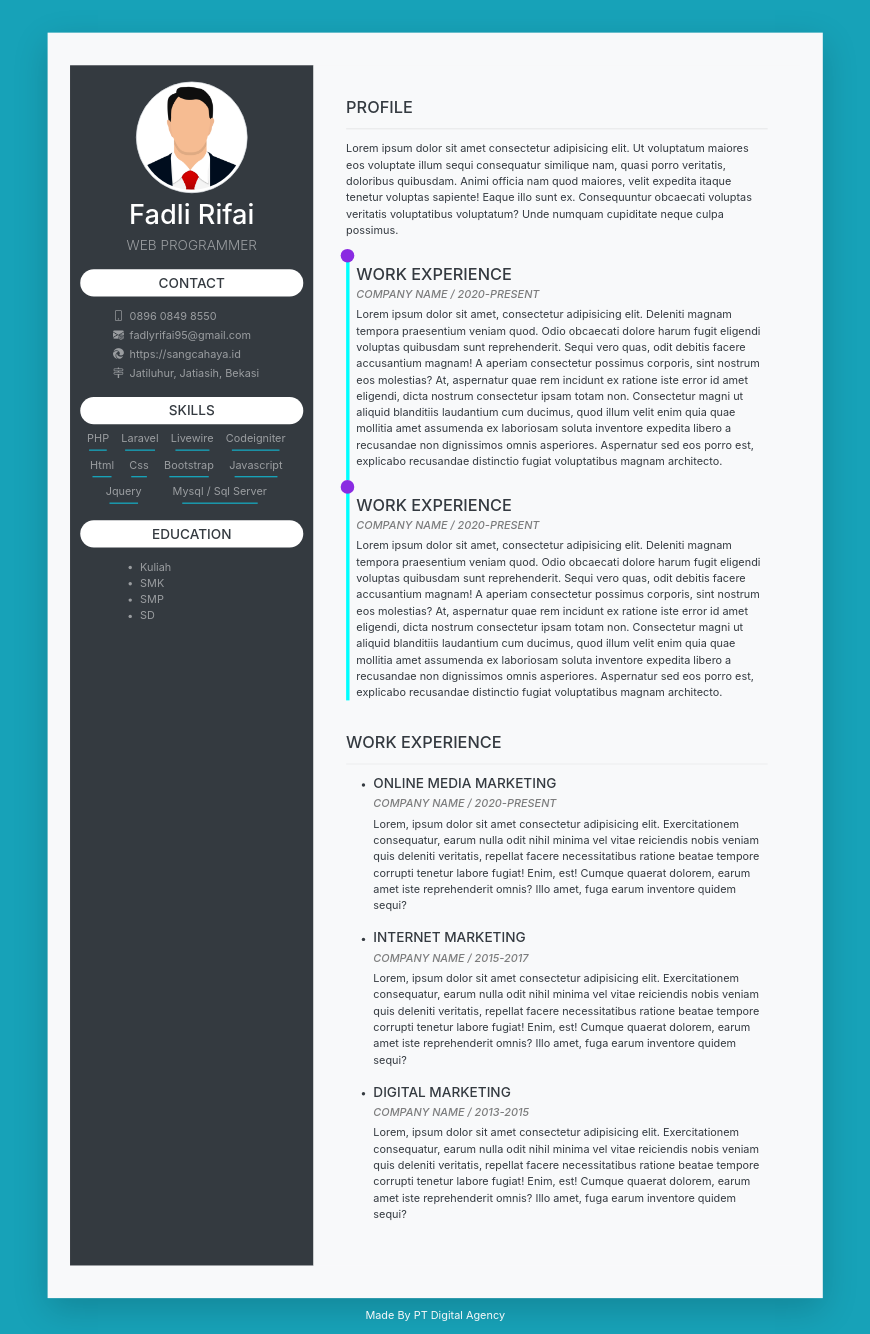
Repository: fadlyyy/fadlyyy.github.io
Page: index.html
These files come from the project's save history. The page is drawn as it stood at one moment and after the next save; the edit follows.
The browser window is 1280 px wide. The pictures show the whole page, at 68% of full size.

Above is the page before, as saved 2024-01-31 08:33:52.

### index.html
<!DOCTYPE html>
<html lang="en">

<head>
     <!-- Required meta tags -->
     <meta charset="utf-8" />
     <meta name="viewport" content="width=device-width, initial-scale=1, shrink-to-fit=no" />

     <!-- Bootstrap CSS -->
     <link rel="stylesheet" href="https://cdn.jsdelivr.net/npm/bootstrap@4.6.2/dist/css/bootstrap.min.css"
          integrity="sha384-xOolHFLEh07PJGoPkLv1IbcEPTNtaed2xpHsD9ESMhqIYd0nLMwNLD69Npy4HI+N" crossorigin="anonymous" />

     <!-- Icon -->
     <link rel="stylesheet" href="https://cdn.jsdelivr.net/npm/bootstrap-icons@1.11.3/font/bootstrap-icons.min.css" />

     <link rel="stylesheet" href="style.css" />

     <title>Hello, world!</title>
</head>

<body class="bg-info">
     <div class="container p-5 bg-light mt-5 mb-5 shadow shadow-lg">
          <div class="row">
               <div class="col-lg-4 bg-dark text-white text-center py-4">
                    <div class="header-left">
                         <img src="img/profile.png" alt="" class="img-thumbnail rounded-circle mb-2 w-50 h-50" />
                         <h1 class="display-5">Fadli Rifai</h1>
                         <h4 class="lead text-uppercase text-white-50 mb-4">Web Programmer</h4>
                    </div>

                    <!-- general info -->
                    <div class="general-info">
                         <h5 class="text-uppercase bg-white text-dark py-2 rounded-pill">contact</h5>

                         <ul class="list-unstyled text-white-50 py-2 text-left ml-5">
                              <li class="list-item mb-1">
                                   <p>
                                        <i class="bi bi-phone mr-1"></i> 0896 0849 8550
                                   </p>
                              </li>
                              <li class="list-item mb-1 text-wrap w-75">
                                   <p>
                                        <i class="bi bi-envelope-at-fill mr-1"></i> fadlyrifai95@gmail.com
                                   </p>
                              </li>
                              <li class="list-item mb-1">
                                   <p>
                                        <i class="bi bi-browser-edge mr-1"></i> https://sangcahaya.id
                                   </p>
                              </li>
                              <li class="list-item">
                                   <i class="bi bi-signpost-2 mr-1"></i>
                                   Jatiluhur, Jatiasih, Bekasi
                              </li>
                         </ul>
                    </div>

                    <!-- skills -->
                    <div>
                         <h5 class="text-uppercase bg-white text-dark py-2 rounded-pill">skills</h5>
                         <ul class="list list-unstyled text-white-50 px-2 text-left text-capitalize list-skills">
                              <li class="list-item">PHP</li>
                              <li class="list-item">laravel</li>
                              <li class="list-item">livewire</li>
                              <li class="list-item">codeigniter</li>
                              <li class="list-item">html</li>
                              <li class="list-item">css</li>
                              <li class="list-item">bootstrap</li>
                              <li class="list-item">javascript</li>
                              <li class="list-item">jquery</li>
                              <li class="list-item">mysql / sql server</li>
                         </ul>
                    </div>

                    <!-- educations -->
                    <div>
                         <h5 class="text-uppercase bg-white text-dark py-2 rounded-pill">education</h5>
                         <ul class="list text-white-50 ml-5 py-2 text-left text-capitalize">
                              <li class="list-item">Kuliah</li>
                              <li class="list-item">SMK</li>
                              <li class="list-item">SMP</li>
                              <li class="list-item">SD</li>
                         </ul>
                    </div>
               </div>

               <div class="col-lg-8 bg-light text-dark py-5 px-5 right-side">
                    <div class="header-right">
                         <h4 class="text-uppercase">Profile</h4>
                         <hr />
                         <p>
                              Lorem ipsum dolor sit amet consectetur adipisicing elit. Ut voluptatum maiores eos
                              voluptate illum sequi consequatur similique nam, quasi porro veritatis, doloribus
                              quibusdam. Animi officia nam quod maiores, velit expedita
                              itaque tenetur voluptas sapiente! Eaque illo sunt ex. Consequuntur obcaecati voluptas
                              veritatis voluptatibus voluptatum? Unde numquam cupiditate neque culpa possimus.
                         </p>
                    </div>

                    <div class="work-experience">
                         <div class="list-work pt-4 pb-3">
                              <h4 class="text-uppercase">work experience</h4>
                              <h6 class="text-uppercase text-black-50 font-italic mt-1 mb-2">company name / 2020-present</h6>
                              <p>Lorem ipsum dolor sit amet, consectetur adipisicing elit. Deleniti magnam tempora
                                   praesentium veniam quod. Odio obcaecati dolore harum fugit eligendi voluptas
                                   quibusdam sunt reprehenderit. Sequi vero quas, odit debitis facere accusantium
                                   magnam! A aperiam consectetur possimus corporis, sint nostrum eos molestias? At,
                                   aspernatur quae rem incidunt ex ratione iste error id amet eligendi, dicta nostrum
                                   consectetur ipsam totam non. Consectetur magni ut aliquid blanditiis laudantium cum
                                   ducimus, quod illum velit enim quia quae mollitia amet assumenda ex laboriosam soluta
                                   inventore expedita libero a recusandae non dignissimos omnis asperiores. Aspernatur
                                   sed eos porro est, explicabo recusandae distinctio fugiat voluptatibus magnam
                                   architecto.</p>
                         </div>
                         <div class="list-work pt-4">
                              <h4 class="text-uppercase">work experience</h4>
                              <h6 class="text-uppercase text-black-50 font-italic mt-1 mb-2">company name / 2020-present</h6>
                              <p>Lorem ipsum dolor sit amet, consectetur adipisicing elit. Deleniti magnam tempora
                                   praesentium veniam quod. Odio obcaecati dolore harum fugit eligendi voluptas
                                   quibusdam sunt reprehenderit. Sequi vero quas, odit debitis facere accusantium
                                   magnam! A aperiam consectetur possimus corporis, sint nostrum eos molestias? At,
                                   aspernatur quae rem incidunt ex ratione iste error id amet eligendi, dicta nostrum
                                   consectetur ipsam totam non. Consectetur magni ut aliquid blanditiis laudantium cum
                                   ducimus, quod illum velit enim quia quae mollitia amet assumenda ex laboriosam soluta
                                   inventore expedita libero a recusandae non dignissimos omnis asperiores. Aspernatur
                                   sed eos porro est, explicabo recusandae distinctio fugiat voluptatibus magnam
                                   architecto.</p>
                         </div>
                    </div>

                    <div class="mt-5">
                         <h4 class="text-uppercase">work experience</h4>
                         <hr>

                         <ul class="list">
                              <li class="list-item">
                                   <h5 class="display-6 text-uppercase">online media marketing</h5>
                                   <h6 class="text-uppercase text-black-50 font-italic">company name / 2020-present</h6>
                                   <p>Lorem, ipsum dolor sit amet consectetur adipisicing elit. Exercitationem
                                        consequatur, earum nulla odit nihil minima vel vitae reiciendis nobis veniam
                                        quis deleniti veritatis, repellat facere necessitatibus ratione beatae tempore
                                        corrupti tenetur labore fugiat! Enim, est! Cumque quaerat dolorem, earum amet
                                        iste reprehenderit omnis? Illo amet, fuga earum inventore quidem sequi?</p>
                              </li>

                              <li class="list-item mt-4">
                                   <h5 class="display-6 text-uppercase">internet marketing</h5>
                                   <h6 class="text-uppercase text-black-50 font-italic">company name / 2015-2017</h6>
                                   <p>Lorem, ipsum dolor sit amet consectetur adipisicing elit. Exercitationem
                                        consequatur, earum nulla odit nihil minima vel vitae reiciendis nobis veniam
                                        quis deleniti veritatis, repellat facere necessitatibus ratione beatae tempore
                                        corrupti tenetur labore fugiat! Enim, est! Cumque quaerat dolorem, earum amet
                                        iste reprehenderit omnis? Illo amet, fuga earum inventore quidem sequi?</p>
                              </li>

                              <li class="list-item mt-4">
                                   <h5 class="display-6 text-uppercase">digital marketing</h5>
                                   <h6 class="text-uppercase text-black-50 font-italic">company name / 2013-2015</h6>
                                   <p>Lorem, ipsum dolor sit amet consectetur adipisicing elit. Exercitationem
                                        consequatur, earum nulla odit nihil minima vel vitae reiciendis nobis veniam
                                        quis deleniti veritatis, repellat facere necessitatibus ratione beatae tempore
                                        corrupti tenetur labore fugiat! Enim, est! Cumque quaerat dolorem, earum amet
                                        iste reprehenderit omnis? Illo amet, fuga earum inventore quidem sequi?</p>
                              </li>
                         </ul>
                    </div>
               </div>
          </div>
     </div>
     <!-- Optional JavaScript; choose one of the two! -->

     <!-- footer -->
     <div class="footer">
          <p class="text-light text-center text-capitalize" style="margin-top: -35px;">made by PT Digital Agency</p>
     </div>

     <!-- Option 1: jQuery and Bootstrap Bundle (includes Popper) -->
     <script src="https://cdn.jsdelivr.net/npm/jquery@3.5.1/dist/jquery.slim.min.js"
          integrity="sha384-DfXdz2htPH0lsSSs5nCTpuj/zy4C+OGpamoFVy38MVBnE+IbbVYUew+OrCXaRkfj"
          crossorigin="anonymous"></script>
     <script src="https://cdn.jsdelivr.net/npm/bootstrap@4.6.2/dist/js/bootstrap.bundle.min.js"
          integrity="sha384-Fy6S3B9q64WdZWQUiU+q4/2Lc9npb8tCaSX9FK7E8HnRr0Jz8D6OP9dO5Vg3Q9ct"
          crossorigin="anonymous"></script>

     <!-- Option 2: Separate Popper and Bootstrap JS -->
     <!--
    <script src="https://cdn.jsdelivr.net/npm/jquery@3.5.1/dist/jquery.slim.min.js" integrity="sha384-DfXdz2htPH0lsSSs5nCTpuj/zy4C+OGpamoFVy38MVBnE+IbbVYUew+OrCXaRkfj" crossorigin="anonymous"></script>
    <script src="https://cdn.jsdelivr.net/npm/popper.js@1.16.1/dist/umd/popper.min.js" integrity="sha384-9/reFTGAW83EW2RDu2S0VKaIzap3H66lZH81PoYlFhbGU+6BZp6G7niu735Sk7lN" crossorigin="anonymous"></script>
    <script src="https://cdn.jsdelivr.net/npm/bootstrap@4.6.2/dist/js/bootstrap.min.js" integrity="sha384-+sLIOodYLS7CIrQpBjl+C7nPvqq+FbNUBDunl/OZv93DB7Ln/533i8e/mZXLi/P+" crossorigin="anonymous"></script>
    -->
</body>

</html>

### style.css
.general-info ul li p {
    margin: 0;
}

.list-skills {
    display: flex;
    flex-wrap: wrap;
    justify-content: space-evenly;
    align-content: space-around;
}

.list-skills .list-item {
    margin-right: 1rem;
    padding-bottom: .5rem;
}

.list-skills .list-item::after {
    content: '';
    display: block;
    background-color: #17a2b8;
    width: 80%;
    height: 2px;
    margin: auto;
    margin-top: 5px;
}

.work-experience .list-work {
    position: relative;
    z-index: 1;
}

.work-experience .list-work h4,
.work-experience .list-work h6,
.work-experience .list-work p {
    margin: 0;
    padding: 0;
}

.work-experience .list-work h4,
.work-experience .list-work h6,
.work-experience .list-work p {
    margin-left: 15px;
}

.work-experience .list-work::before {
    content: '';
    display: block;
    position: absolute;
    width: 5px;
    top: 5px;
    bottom: 0;
    left: 0;
    background-color: aqua;
    z-index: 3;
}

.work-experience .list-work::after {
    content: '';
    display: block;
    position: absolute;
    width: 20px;
    height: 20px;
    top: 0;
    left: 0;
    background-color: blueviolet;
    z-index: 4;
    border-radius: 50%;
    transform: translateX(-40%);
}

/* Media Query */
/* Extra Large */
@media (max-width: 1200px) {}

/* Laptop */
@media (max-width: 992px) {}

/* Tablet */
@media (max-width: 768px) {}

/* Mobile */
@media (max-width: 576px) {
    .right-side {
        padding-left: 0 !important;
        padding-right: 0 !important;
    }
}

After the next save:
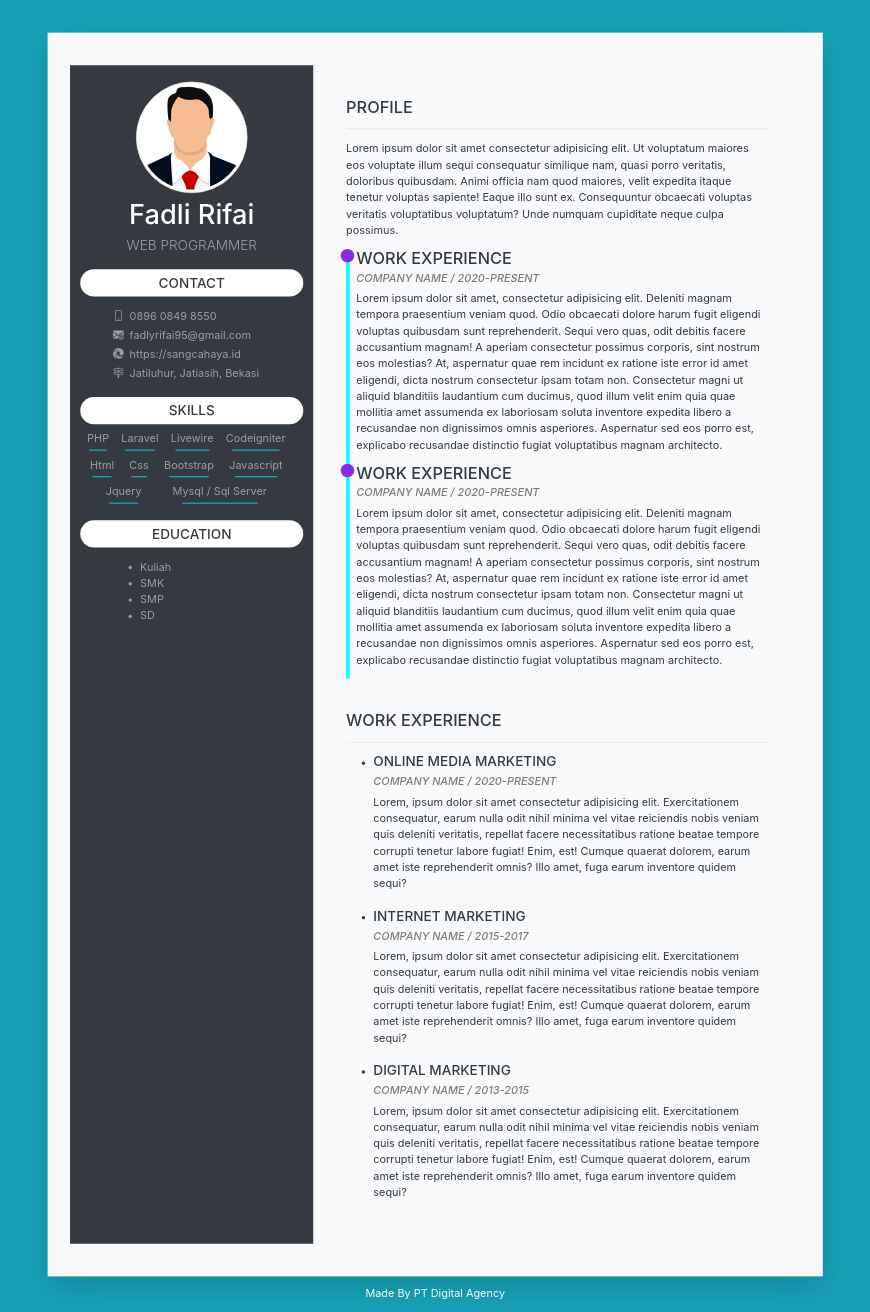
Saved 16 s later.
--- a/index.html
+++ b/index.html
@@ -98,7 +98,7 @@
                     </div>
 
                     <div class="work-experience">
-                         <div class="list-work pt-4 pb-3">
+                         <div class="list-work pb-3">
                               <h4 class="text-uppercase">work experience</h4>
                               <h6 class="text-uppercase text-black-50 font-italic mt-1 mb-2">company name / 2020-present</h6>
                               <p>Lorem ipsum dolor sit amet, consectetur adipisicing elit. Deleniti magnam tempora
@@ -112,7 +112,7 @@
                                    sed eos porro est, explicabo recusandae distinctio fugiat voluptatibus magnam
                                    architecto.</p>
                          </div>
-                         <div class="list-work pt-4">
+                         <div class="list-work pb-3">
                               <h4 class="text-uppercase">work experience</h4>
                               <h6 class="text-uppercase text-black-50 font-italic mt-1 mb-2">company name / 2020-present</h6>
                               <p>Lorem ipsum dolor sit amet, consectetur adipisicing elit. Deleniti magnam tempora
